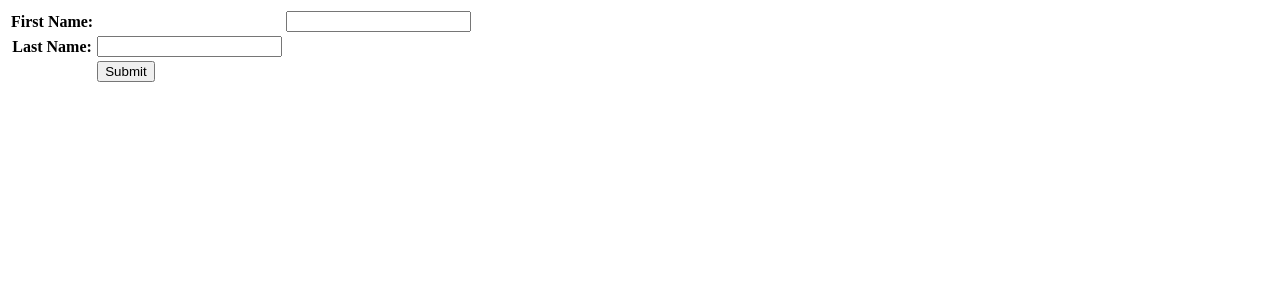
Repository: Kirtisingh1109/AdvanceJava
Page: http://localhost/Dynamic/First.jsp
The author's editor kept a copy of each file at every save. The page is drawn from the files as they stood at one save, then again after the next save.
The browser window is 1280 px wide. The pictures show the whole page.
The page is served by Tomcat 9. Other server files are loaded and not shown.

Above is the page before, as saved 2024-03-05 14:48:04.

### AdvanceJAVA/Dynamic/WebContent/First.jsp
<%@ page language="java" contentType="text/html; charset=ISO-8859-1"
	pageEncoding="ISO-8859-1"%>
<!DOCTYPE html>
<html>
<head>
<meta charset="ISO-8859-1">
<title>Insert title here</title>
</head>
<body>

	<form action="FirstServlet" method="post">

		<table>
			<tr>
				<th>First Name:<th>
				<td><input type="text" name="firstName"><td>
			</tr>
			<tr>
			<th>Last Name:</th>
			<td> <input type= "text" name="lastName"></td>
			</tr>
			<tr>
			<th></th>
			<td><input type= "Submit"></td>
			</tr>
		</table>

	</form>
</body>
</html>

After the next save:
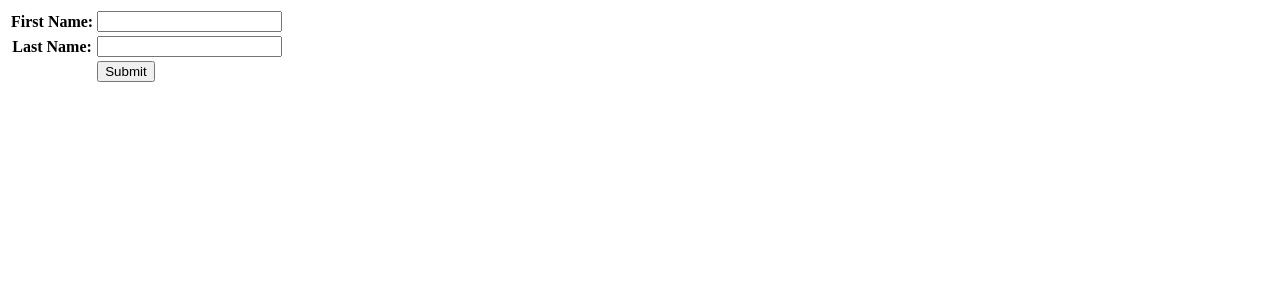
Saved 30 s later.
--- a/AdvanceJAVA/Dynamic/WebContent/First.jsp
+++ b/AdvanceJAVA/Dynamic/WebContent/First.jsp
@@ -12,7 +12,7 @@
 
 		<table>
 			<tr>
-				<th>First Name:<th>
+				<th>First Name:</th>
 				<td><input type="text" name="firstName"><td>
 			</tr>
 			<tr>
